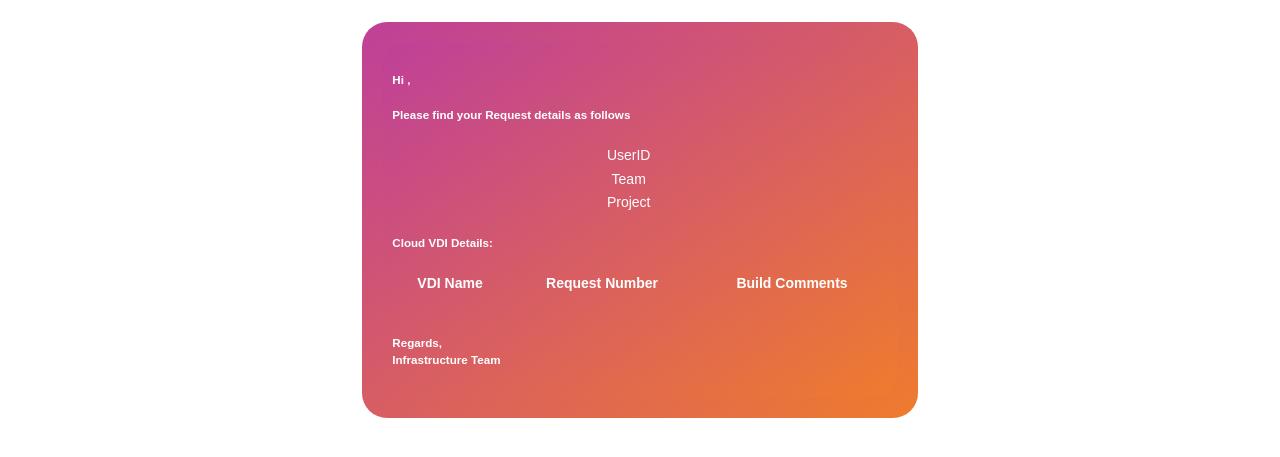
Repository: SumanpreetJhinjer/automationTosca
Page: JB_Workspace/SSINFRAP/WebContent/emailReports/buildRequestEmail.html
An editor plug-in stored every save of this project. The page is shown before and after the next save, followed by the edit.
The browser window is 1280 px wide. The pictures show the whole page.

Above is the page before, as saved 2019-02-07 00:40:45.

### JB_Workspace/SSINFRAP/WebContent/emailReports/buildRequestEmail.html

<!doctype html>
<html>
<head>
<meta name="viewport" content="width=device-width" />
<meta http-equiv="Content-Type" content="text/html; charset=UTF-8" />
<title>Request process confirmation Email</title>
<style>
/* -------------------------------------
          GLOBAL RESETS
      ------------------------------------- */
img {
	border: none;
	-ms-interpolation-mode: bicubic;
	max-width: 100%;
}

body {
	background-color: white;
	font-family: sans-serif;
	-webkit-font-smoothing: antialiased;
	font-size: 14px;
	line-height: 1.4;
	margin: 0;
	padding: 0;
	-ms-text-size-adjust: 100%;
	-webkit-text-size-adjust: 100%;
}

table {
	border-collapse: separate;
	mso-table-lspace: 0pt;
	mso-table-rspace: 0pt;
	width: 100%;

}

.mainTable{
background-color: #ae2035;
	color: white;
	border-radius: 25px;
	background-image: linear-gradient(to bottom right, #bf4099, #ef7b2e);
}

table td {
	font-family: sans-serif;
	font-size: 14px;
	vertical-align: top;
	color:white;

}

/* -------------------------------------
          BODY & CONTAINER
      ------------------------------------- */
.body {
	background-color: white;
	width: 100%;
}

/* Set a max-width, and make it display as block so it will automatically stretch to that width, but will also shrink down on a phone or something */
/* .container {
	display: block;
	Margin: 0 auto !important;

	max-width: 580px;
	padding: 10px;
	width: auto !important;
	width: 580px;
} */ /* makes it centered */

/* This should also be a block element, so that it will fill 100% of the .container */
/* .content {
	box-sizing: border-box;
	display: block;
	Margin: 0 auto;
	max-width: 580px;
	padding: 10px;
} */

/* -------------------------------------
          HEADER, FOOTER, MAIN
      ------------------------------------- */
.main {
	background:white;
	/* #f17b00; */
	border-radius: 3px;
	width: 100%;
}

td th {
	color:white;
}

.wrapper {
	box-sizing: border-box;
	padding: 20px;
	background-color: #ae2035;
	color: #210318c4;
	border-radius: 25px;
	background-image: linear-gradient(to bottom right, #bf4099, #ef7b2e);
}

.footer {
	clear: both;
	padding-top: 10px;
	text-align: center;
	width: 100%;
}

.footer td, .footer p, .footer span, .footer a {
	color: #999999;
	font-size: 12px;
	text-align: center;
}

/* -------------------------------------
          TYPOGRAPHY
      ------------------------------------- */
h1, h2, h3, h4 {
	color: #000000;
	font-family: sans-serif;
	font-weight: 400;
	line-height: 1.4;
	margin: 0;
	Margin-bottom: 30px;
}

h1 {
	font-size: 35px;
	font-weight: 300;
	text-align: center;
	text-transform: capitalize;
}

p, ul, ol {
	font-family: sans-serif;
	font-size: 14px;
	font-weight: normal;
	margin: 0;
	Margin-bottom: 15px;
}

p li, ul li, ol li {
	list-style-position: inside;
	margin-left: 5px;
}

a {
	color: #3498db;
	text-decoration: underline;
}

/* -------------------------------------
          BUTTONS
      ------------------------------------- */
.btn {
	box-sizing: border-box;
	width: 100%;
}

.btn>tbody>tr>td {
	padding-bottom: 15px;
}

.btn table {
	width: auto;
}

.btn table td {
	background-color: #ffffff;
	border-radius: 5px;
	text-align: center;
}

.machinelist th td {
padding: 8px;
  text-align: left;
  border-bottom: 1px solid #ddd;
}

.btn a {
	background-color: #ffffff;
	border: solid 1px #3498db;
	border-radius: 5px;
	box-sizing: border-box;
	color: #3498db;
	cursor: pointer;
	display: inline-block;
	font-size: 14px;
	font-weight: bold;
	margin: 0;
	padding: 12px 25px;
	text-decoration: none;
	text-transform: capitalize;
}

.btn-primary table td {
	background-color: #3498db;
}

.btn-primary a {
	background-color: #3498db;
	border-color: #3498db;
	color: #ffffff;
}

/* -------------------------------------
          OTHER STYLES THAT MIGHT BE USEFUL
      ------------------------------------- */
.last {
	margin-bottom: 0;
}

.first {
	margin-top: 0;
}

.align-center {
	text-align: center;
	color:white;
}

.align-right {
	text-align: right;
}

.align-left {
	text-align: left;
}

.clear {
	clear: both;
}

.mt0 {
	margin-top: 0;
}

.mb0 {
	margin-bottom: 0;
}

.preheader {
	color: transparent;
	display: none;
	height: 0;
	max-height: 0;
	max-width: 0;
	opacity: 0;
	overflow: hidden;
	mso-hide: all;
	visibility: hidden;
	width: 0;
}

.cell {
	width: 150px
}

.powered-by a {
	text-decoration: none;
}

hr {
	border: 0;
	border-bottom: 1px solid #f6f6f6;
	Margin: 20px 0;
}

/* -------------------------------------
          RESPONSIVE AND MOBILE FRIENDLY STYLES
      ------------------------------------- */
@media only screen and (max-width: 620px) {
	table[class=body] h1 {
		font-size: 28px !important;
		margin-bottom: 10px !important;
	}
	table[class=body] p, table[class=body] ul, table[class=body] ol, table[class=body] td,
		table[class=body] span, table[class=body] a {
		font-size: 16px !important;
	}
	table[class=body] .wrapper, table[class=body] .article {
		padding: 10px !important;
	}
	table[class=body] .content {
		padding: 0 !important;
	}
	table[class=body] .container {
		padding: 0 !important;
		width: 100% !important;
	}
	table[class=body] .main {
		border-left-width: 0 !important;
		border-radius: 0 !important;
		border-right-width: 0 !important;
	}
	table[class=body] .btn table {
		width: 100% !important;
	}
	table[class=body] .btn a {
		width: 100% !important;
	}
	table[class=body] .img-responsive {
		height: auto !important;
		max-width: 100% !important;
		width: auto !important;
	}
}

/* -------------------------------------
          PRESERVE THESE STYLES IN THE HEAD
      ------------------------------------- */
@media all {
	.ExternalClass {
		width: 100%;
	}
	.ExternalClass, .ExternalClass p, .ExternalClass span, .ExternalClass font,
		.ExternalClass td, .ExternalClass div {
		line-height: 100%;
	}
	.apple-link a {
		color: inherit !important;
		font-family: inherit !important;
		font-size: inherit !important;
		font-weight: inherit !important;
		line-height: inherit !important;
		text-decoration: none !important;
	}
	.btn-primary table td:hover {
		background-color: #34495e !important;
	}
	.btn-primary a:hover {
		background-color: #34495e !important;
		border-color: #34495e !important;
	}
}
</style>
</head>
<body class="">
	<table border="0" cellpadding="0" cellspacing="0" class="body">
		<tr>
			<td>&nbsp;</td>
			<td class="container"
				style="display: block; Margin: 0 auto !important; max-width: 580px; padding: 10px; width: auto !important; width: 580px;">
				<div class="content"
					style="box-sizing: border-box; display: block; Margin: 0 auto; max-width: 580px; padding: 10px;">

					<!-- START CENTERED WHITE CONTAINER -->
					<!-- <span class="preheader">This is preheader text. Some clients
						will show this text as a preview.</span> -->
					<table class="main">

						<!-- START MAIN CONTENT AREA -->
						<tr>
							<td class="wrapper">
								<table border="0" cellpadding="0" cellspacing="0" class="mainTable">
									<tr>
										<td style="padding:2%">
											<h5>
												Hi
												<userID>,
											</h5>
											<h5>Please find your Request details as follows</h5>
											<table border="0" cellpadding="0" cellspacing="0">
												<tbody>
													<tr>
														<td align="">
															<table class="userList">
																<tbody>
																	<tr>
																		<td class="align-center">UserID</td>
																		<td class="align-center"><userID></td>
																	</tr>
																	<tr>
																		<td class="align-center">Team</td>
																		<td class="align-center"><team></td>
																	</tr>
																	<tr>
																		<td class="align-center">Project</td>
																		<td class="align-center"><project></td>
																	</tr>
																</tbody>
															</table>

															<h5>Cloud VDI Details:</h5>

															<table class="machinelist">
																<thead>
																	<th class="align-center">VDI Name</th>
																	<th class="align-center">Request Number</th>
																	<th class="align-center">Build Comments</th>
																</thead>
																<tbody>
																	<machineDetails>
																</tbody>

															</table>

														</td>
													</tr>
												</tbody>
											</table> <br>
											<h5>
					Regards,<br>Infrastructure Team
				</h5>
										</td>
									</tr>
								</table>
							</td>
						</tr>

						<!-- END MAIN CONTENT AREA -->
					</table>

					<!-- START FOOTER -->
					<!-- <div class="footer">
						<table border="0" cellpadding="0" cellspacing="0">
							<tr>

								<td class="content-block"><span class="apple-link">Telstra
										Corporation Limited</span>
							</tr>
							<tr>
								<td class="content-block"><span class="apple-link">Powered
										by Cognizant</span></td>
							</tr>

						</table>
					</div>
 -->
					<!-- END FOOTER -->

					<!-- END CENTERED WHITE CONTAINER -->
				</div>
			</td>
			<td>&nbsp;</td>
		</tr>
	</table>

</body>
</html>

After the next save:
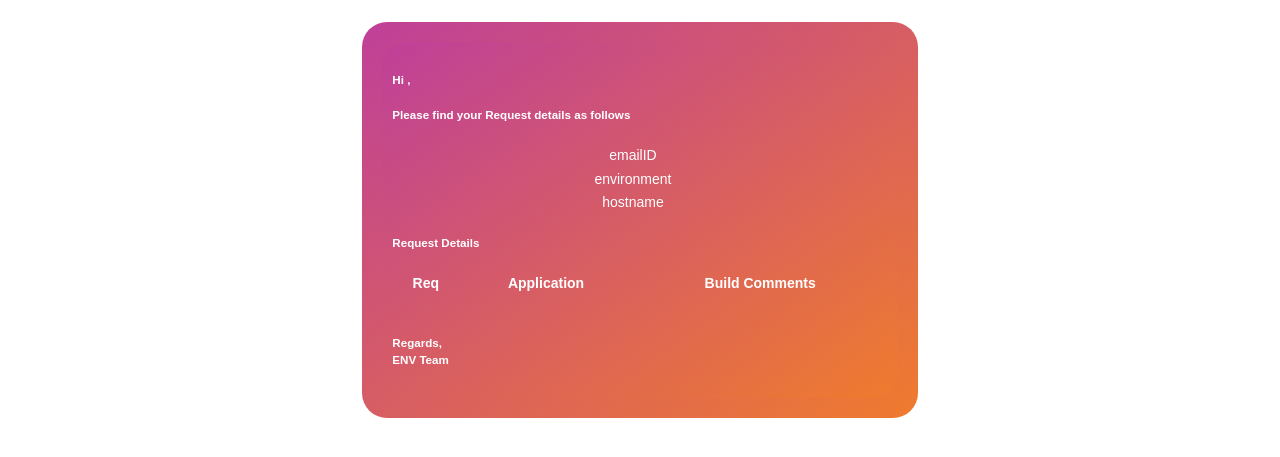
Saved 2 min 45 s later.
--- a/JB_Workspace/SSINFRAP/WebContent/emailReports/buildRequestEmail.html
+++ b/JB_Workspace/SSINFRAP/WebContent/emailReports/buildRequestEmail.html
@@ -369,26 +369,26 @@
 															<table class="userList">
 																<tbody>
 																	<tr>
-																		<td class="align-center">UserID</td>
-																		<td class="align-center"><userID></td>
+																		<td class="align-center">emailID</td>
+																		<td class="align-center"><emailID></td>
 																	</tr>
 																	<tr>
-																		<td class="align-center">Team</td>
-																		<td class="align-center"><team></td>
+																		<td class="align-center">environment</td>
+																		<td class="align-center"><environment></td>
 																	</tr>
 																	<tr>
-																		<td class="align-center">Project</td>
-																		<td class="align-center"><project></td>
+																		<td class="align-center">hostname</td>
+																		<td class="align-center"><hostname></td>
 																	</tr>
 																</tbody>
 															</table>
 
-															<h5>Cloud VDI Details:</h5>
+															<h5>Request Details</h5>
 
 															<table class="machinelist">
 																<thead>
-																	<th class="align-center">VDI Name</th>
-																	<th class="align-center">Request Number</th>
+																	<th class="align-center">Req</th>
+																	<th class="align-center">Application</th>
 																	<th class="align-center">Build Comments</th>
 																</thead>
 																<tbody>
@@ -402,7 +402,7 @@
 												</tbody>
 											</table> <br>
 											<h5>
-					Regards,<br>Infrastructure Team
+					Regards,<br>ENV Team
 				</h5>
 										</td>
 									</tr>
